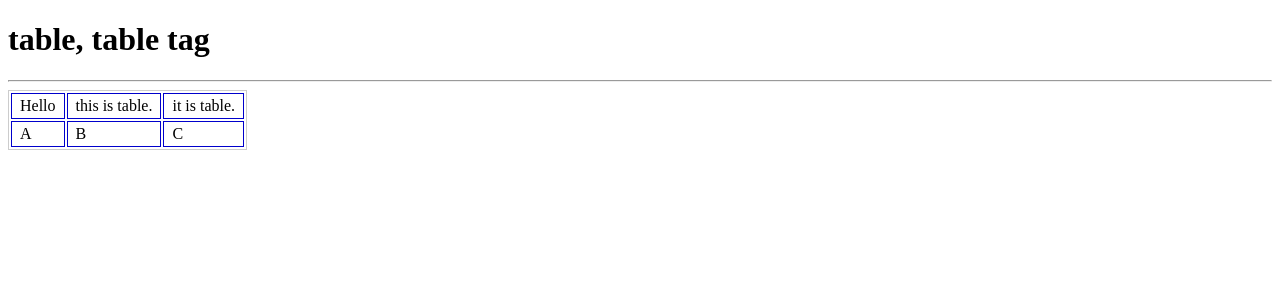
Repository: jihoonys82/weblec
Page: Front/WebContent/Ex01_HTML_tag/tagEx_05.html
These files come from the project's save history. The page is drawn as it stood at one moment and after the next save; the edit follows.
The browser window is 1280 px wide. The pictures show the whole page.

Above is the page before, as saved 2018-07-23 11:14:16.

After the next save:
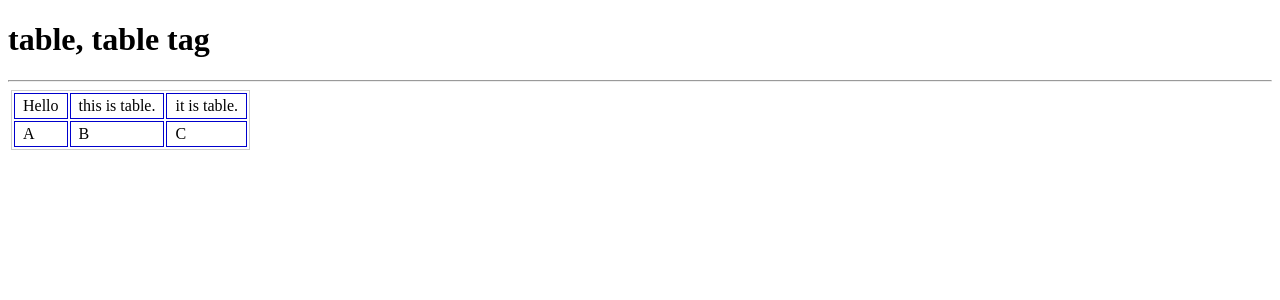
Saved 13 s later.
--- a/Front/WebContent/Ex01_HTML_tag/tagEx_05.html
+++ b/Front/WebContent/Ex01_HTML_tag/tagEx_05.html
@@ -7,7 +7,7 @@
 <style type="text/css"> /* stylesheet, CSS */
 table { /* Table outside square */
 	border: 1px solid #ccc;
-
+	margin : 3px;
 }
 
 td { /* each table data cell */
